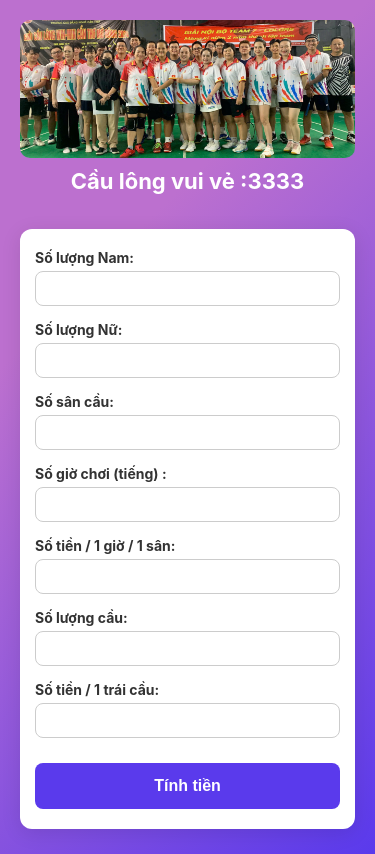
Repository: LuongPTCE181311/Badminton
Page: index.html
These files come from the project's save history. The page is drawn as it stood at one moment and after a run of saves; the edit follows.
The browser window is 375 px wide. The pictures show the whole page.

Above is the page before, as saved 2025-12-08 00:53:04.

After the next 2 saves:
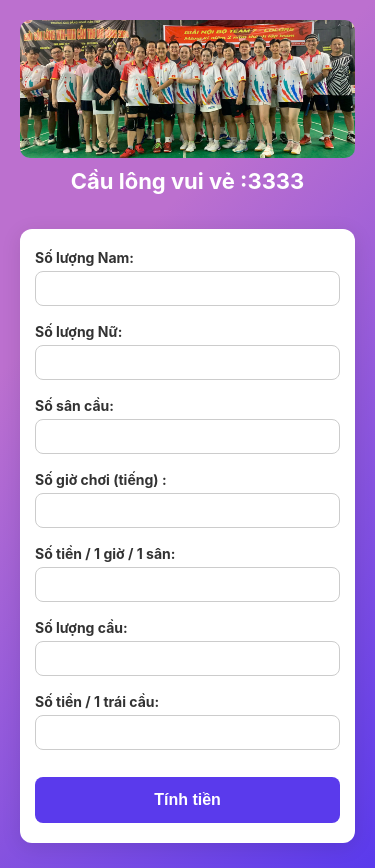
The 2 saves are shown as one change because they came seconds apart.
The last was saved 11 s later.
--- a/assets/css/style.css
+++ b/assets/css/style.css
@@ -235,7 +235,9 @@
     padding: 0 10px;
   }
 
-
+  .form-group {
+    margin-bottom: 2px;
+  }
 
   .error {
     font-size: 12px;

After the save that followed:
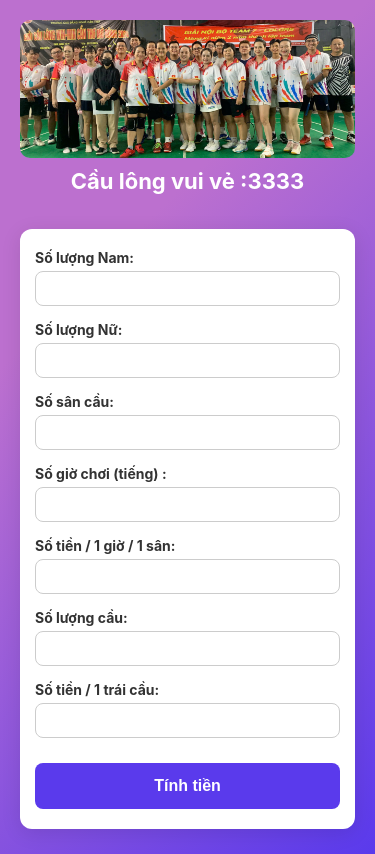
Saved 17 s later.
--- a/assets/css/style.css
+++ b/assets/css/style.css
@@ -235,9 +235,6 @@
     padding: 0 10px;
   }
 
-  .form-group {
-    margin-bottom: 2px;
-  }
 
   .error {
     font-size: 12px;
